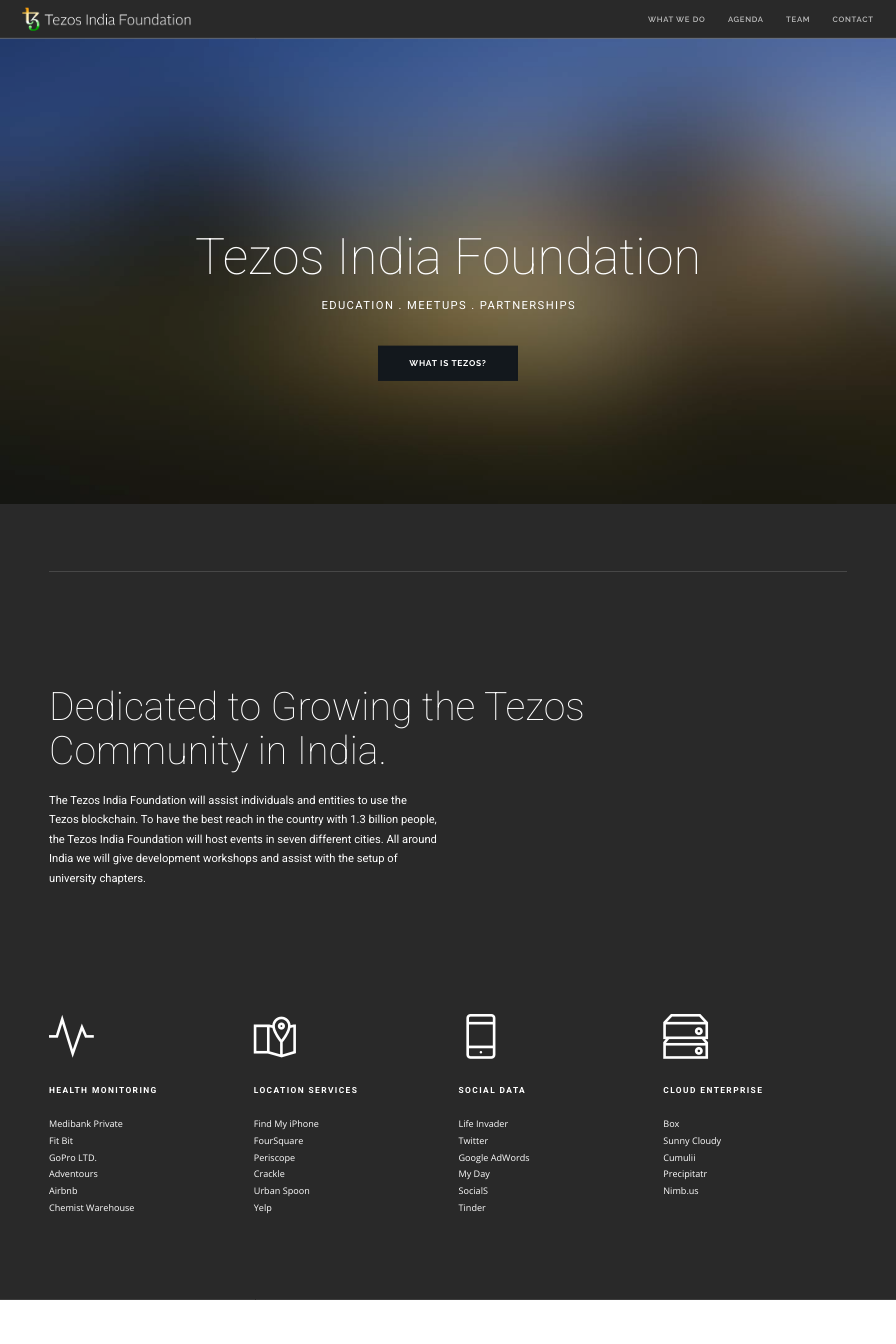
Repository: Tezos-India-Foundation/TIF-Website
Page: Tezos India Website/page.html
The author's editor kept a copy of each file at every save. The page is drawn from the files as they stood at one save, then again after the next save.
The browser window is 1280 px wide. The pictures show the part of the page from y = 0 to 1920 px (the page is 4133 px tall), at 70% of full size.

Above is the page before, as saved 2019-08-06 15:25:51.

### Tezos India Website/page.html
<!doctype html>
<html lang="en">

<head>
	<meta charset="utf-8">
	<title></title>
	<meta name="viewport" content="width=device-width, initial-scale=1.0">
	<link href="css/font-awesome.min.css" rel="stylesheet" type="text/css" media="all">
	<link href="css/themify-icons.css" rel="stylesheet" type="text/css" media="all" />
	<link href="css/bootstrap.css" rel="stylesheet" type="text/css" media="all" />
	<link href="css/theme-nearblack.css" rel="stylesheet" type="text/css" media="all" />
	<link href="css/custom.css" rel="stylesheet" type="text/css" media="all" />
	<link
		href='http://fonts.googleapis.com/css?family=Lato:300,400%7CRaleway:100,400,300,500,600,700%7COpen+Sans:400,500,600'
		rel='stylesheet' type='text/css'>
	<link href="http://fonts.googleapis.com/css?family=Roboto:100,300,400,600,700" rel="stylesheet" type="text/css">
	<link href="css/font-roboto.css" rel="stylesheet" type="text/css">
</head>

<body>

	<div class="nav-container">




		<nav class="bg-dark">
			<div class="nav-bar">
				<div class="module left">
					<a href="index.html">
						<img class="logo logo-light" alt="Foundry" src="img\logo with text.png">
						<img class="logo logo-dark" alt="Foundry" src="img/logo-dark.png">
					</a>
				</div>
				<div class="module widget-handle mobile-toggle right visible-sm visible-xs">
					<i class="ti-menu"></i>
				</div>
				<div class="module-group right">
					<div class="module left">
						<ul class="menu">
							<li>
								<a href="#">What We Do</a>
							</li>
							<li>
								<a href="#">Agenda</a>
							</li>
							<li>
								<a href="#">Team</a>
							</li>
							<li>
								<a href="#">Contact</a>
							</li>
					</div>

				</div>
		</nav>





















































































	</div>

	<div class="main-container">





		<section class="cover fullscreen image-bg overlay">
			<div class="background-image-holder">
				<img alt="image" class="background-image" src="img/prop1.jpg">
			</div>
			<div class="container v-align-transform">
				<div class="row">
					<div class="col-sm-12 text-center">
						<h1 class="large mb16">Tezos India Foundation</h1>
						<h5 class="uppercase mb0">Education . meetups . partnerships</h5>
					</div>
				</div>

			</div>

			<div class="align-bottom relative-xs text-center" id="buttonslanding">
				<a class="btn btn-filled btn-lg mb32 mt-xs-40" href="#">What is Tezos?</a>
			</div>
		</section>
		<section class="bg-dark">
			<div class="container">
				<div class="row">
					<div class="col-sm-12">

						<hr class="mb160 mb-xs-24">
					</div>
				</div>

				<div class="row">
					<div class="col-md-10">
						<h1 class="thin">Dedicated to Growing the Tezos Community in India.</h1>
					</div>
				</div>

				<div class="row mb160 mb-xs-0">
					<div class="col-md-6 col-sm-8">
						<p class="lead">The Tezos India Foundation will assist individuals and
							entities to use the Tezos blockchain. To have the best reach in the country with 1.3 billion
							people, the Tezos India Foundation will host events in seven different cities. All around
							India we will give development workshops and assist with the setup of university
							chapters.&nbsp;</p>
					</div>
				</div>

				<div class="row">
					<div class="col-md-3 col-sm-6 mb-xs-24">
						<i class="ti-pulse icon mb32"></i>
						<h6 class="uppercase">Health Monitoring</h6>
						<ul>
							<li>Medibank Private</li>
							<li>Fit Bit</li>
							<li>GoPro LTD.</li>
							<li>Adventours</li>
							<li>Airbnb</li>
							<li>Chemist Warehouse</li>
						</ul>
					</div>
					<div class="col-md-3 col-sm-6 mb-xs-24">
						<i class="ti-map-alt icon mb32"></i>
						<h6 class="uppercase">Location Services</h6>
						<ul>
							<li>Find My iPhone</li>
							<li>FourSquare</li>
							<li>Periscope</li>
							<li>Crackle</li>
							<li>Urban Spoon</li>
							<li>Yelp</li>
						</ul>
					</div>
					<div class="col-md-3 col-sm-6 mb-xs-24">
						<i class="ti-mobile icon mb32"></i>
						<h6 class="uppercase">Social Data</h6>
						<ul>
							<li>Life Invader</li>
							<li>Twitter</li>
							<li>Google AdWords</li>
							<li>My Day</li>
							<li>SocialS</li>
							<li>Tinder</li>
						</ul>
					</div>
					<div class="col-md-3 col-sm-6 mb-xs-24">
						<i class="ti-harddrives icon mb32"></i>
						<h6 class="uppercase">Cloud Enterprise</h6>
						<ul>
							<li>Box</li>
							<li>Sunny Cloudy</li>
							<li>Cumulii</li>
							<li>Precipitatr</li>
							<li>Nimb.us</li>
						</ul>
					</div>
				</div>

			</div>

		</section>
		<section>
			<div class="container">
				<div class="row mb64 mb-xs-24">
					<div class="col-sm-12 text-center">
						<h3>Agenda</h3>

					</div>
				</div>

				<div class="row">
					<div class="col-md-offset-2 col-md-8">
						<div class="tabbed-content button-tabs">


									<div class="tab-content text-left">
										<div>
											<div class="overflow-hidden">
												<img alt="Pic" class="mb24 pull-left" src="img/avatar1.png">
												<div class="pull-left p32 p0-xs pt24">
													<h6 class="uppercase mb8 number">September 4, 2019 - 18:00</h6>
													<h4>Tezos Meetup in Delhi</h4>
												</div>
											</div>
											<p>
												Neque porro quisquam est, qui dolorem ipsum quia dolor sit amet,
												consectetur, adipisci velit, sed quia non numquam eius modi tempora
												incidunt ut labore et dolore magnam aliquam quaerat voluptatem. Ut enim
												ad minima veniam, quis nostrum exercitationem ullam corporis suscipit
												laboriosam, nisi ut aliquid ex ea commodi consequatur?
											</p>
											<hr class="mt40 mb40 mt-xs-0 mb-xs-24">
										</div>
										<div>
											<div class="overflow-hidden">
												<img alt="Pic" class="mb24 pull-left" src="img/avatar2.png">
												<div class="pull-left p32 p0-xs pt24">
													<h6 class="uppercase mb8 number">September 5, 2019 - 18:00</h6>
													<h4>Developer Workshop at ITT Delhi</h4>
												</div>
											</div>
											<p>
												Sed ut perspiciatis unde omnis iste natus error sit voluptatem
												accusantium doloremque laudantium, totam rem aperiam, eaque ipsa quae ab
												illo inventore veritatis et quasi architecto beatae vitae dicta sunt
												explicabo. Nemo enim ipsam voluptatem quia voluptas sit aspernatur aut
												odit aut fugit, sed quia consequuntur magni
											</p>
											<hr class="mt40 mb40 mt-xs-0 mb-xs-24">
										</div>
										<div>
											<div class="overflow-hidden">
												<img alt="Pic" class="mb24 pull-left" src="img/avatar2.png">
												<div class="pull-left p32 p0-xs pt24">
													<h6 class="uppercase mb8 number">September 5, 2019 - 18:00</h6>
													<h4>Developer Workshop at ITT Delhi</h4>
												</div>
											</div>
											<p>
												Sed ut perspiciatis unde omnis iste natus error sit voluptatem
												accusantium doloremque laudantium, totam rem aperiam, eaque ipsa quae ab
												illo inventore veritatis et quasi architecto beatae vitae dicta sunt
												explicabo. Nemo enim ipsam voluptatem quia voluptas sit aspernatur aut
												odit aut fugit, sed quia consequuntur magni
											</p>
											<hr class="mt40 mb40 mt-xs-0 mb-xs-24">
										</div>
									</div>

						</div>

					</div>
				</div>


		</section>
		<section class="bg-dark">
			<div class="container">
				<div class="row">
					<div class="col-md-4 col-sm-6">
						<div class="image-tile outer-title text-center">
							<img alt="Pic" src="img/team-1.jpg">
							<div class="title mb16">
								<h5 class="uppercase mb0">Bernd Oostrum</h5>
								<span>Director</span>
							</div>
							<p class="mb0">
								Sed ut perspiciatis unde omnis iste natus error sit voluptatem accusantium doloremque
								laudantium, totam rem aperiam, eaque ipsa quae ab illo inventore veritatis.
							</p>
						</div>
					</div>
					<div class="col-md-4 col-sm-6">
						<div class="image-tile outer-title text-center">
							<img alt="Pic" src="img/team-2.jpg">
							<div class="title mb16">
								<h5 class="uppercase mb0">Om Malviya</h5>
								<span>Director</span>
							</div>
							<p class="mb0">
								Sed ut perspiciatis unde omnis iste natus error sit voluptatem accusantium doloremque
								laudantium, totam rem aperiam, eaque ipsa quae ab illo inventore veritatis.
							</p>
						</div>
					</div>
					<div class="col-md-4 col-sm-6">
						<div class="image-tile outer-title text-center">
							<img alt="Pic" src="img/team-3.jpg">
							<div class="title mb16">
								<h5 class="uppercase mb0">Gokul Alex</h5>
								<span>Director</span>
							</div>
							<p class="mb0">
								Sed ut perspiciatis unde omnis iste natus error sit voluptatem accusantium doloremque
								laudantium, totam rem aperiam, eaque ipsa quae ab illo inventore veritatis.
							</p>
						</div>
					</div>
				</div>

			</div>

		</section>
		<section class="bg-primary">
			<div class="container">
				<div class="row">
					<div class="col-sm-12 text-center">
						<h3 class="mb0 inline-block p32 p0-xs">Interested in exploring Tezos?</h3>
						<a class="btn btn-lg btn-white mb8 mt-xs-24" href="#">Reach out</a>
					</div>
				</div>

			</div>

		</section>
		<footer class="footer-2 bg-dark text-center-xs">
			<div class="container">
				<div class="row">
					<div class="col-sm-4">
						<a href="#"><img class="image-xxs fade-half" alt="Pic" src="img\logo with text.png"></a>
					</div>

					<div class="col-sm-5 text-center">
						<span class="fade-half">
							© Copyright 2019 Tezos India Foundation - All Rights Reserved
						</span>
					</div>

					<div class="col-sm-3 text-right text-center-xs">
						<ul class="list-inline social-list">
							<li><a href="#"><i class="ti-twitter-alt"></i></a></li>
							<li><a href="#"><i class="ti-facebook"></i></a></li>
							<li><a href="#"><i class="ti-linkedin"></i></a></li>

						</ul>
					</div>
				</div>
			</div>
		</footer>
	</div>


	<script src="js/jquery.min.js"></script>
	<script src="js/bootstrap.min.js"></script>
	<script src="js/parallax.js"></script>
	<script src="js/scripts.js"></script>
</body>

</html>

### Tezos India Website/css/custom.css
/****** PLACE YOUR CUSTOM STYLES HERE ******/

#buttonslanding {
    padding-bottom: 10%;
}

Loaded but not shown: Tezos India Website/css/font-awesome.min.css (library); Tezos India Website/css/themify-icons.css (common file); Tezos India Website/css/bootstrap.css (library); Tezos India Website/css/font-roboto.css (common file); Tezos India Website/js/jquery.min.js (library); Tezos India Website/js/bootstrap.min.js (library); Tezos India Website/js/parallax.js (library); Tezos India Website/js/scripts.js (1387 lines, source omitted); Tezos India Website/css/theme-nearblack.css (5712 lines, source omitted)

After the next save:
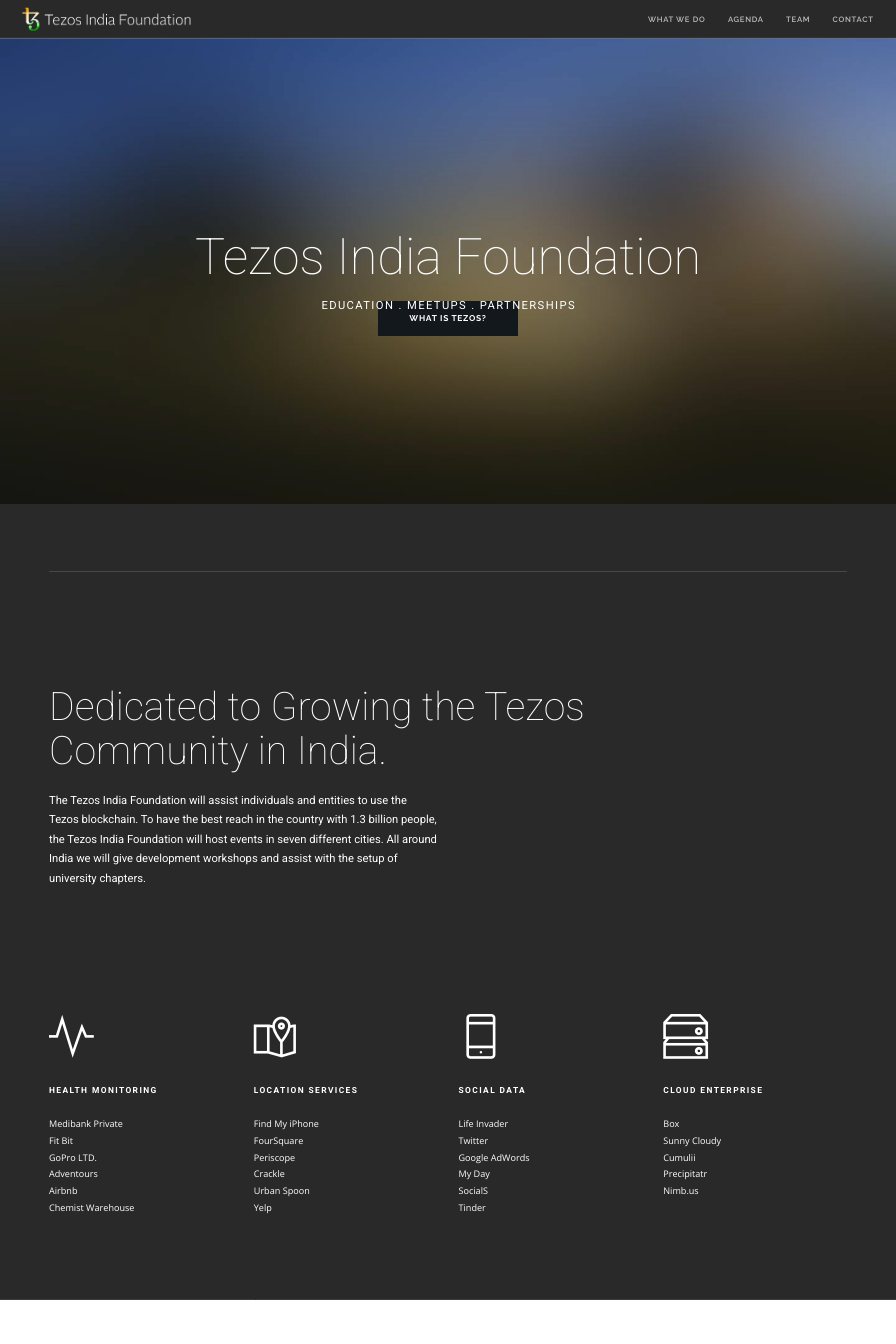
Saved 9 s later.
--- a/Tezos India Website/css/custom.css
+++ b/Tezos India Website/css/custom.css
@@ -1,5 +1,5 @@
 /****** PLACE YOUR CUSTOM STYLES HERE ******/
 
 #buttonslanding {
-    padding-bottom: 10%;
+    padding-bottom: 15%;
 }
